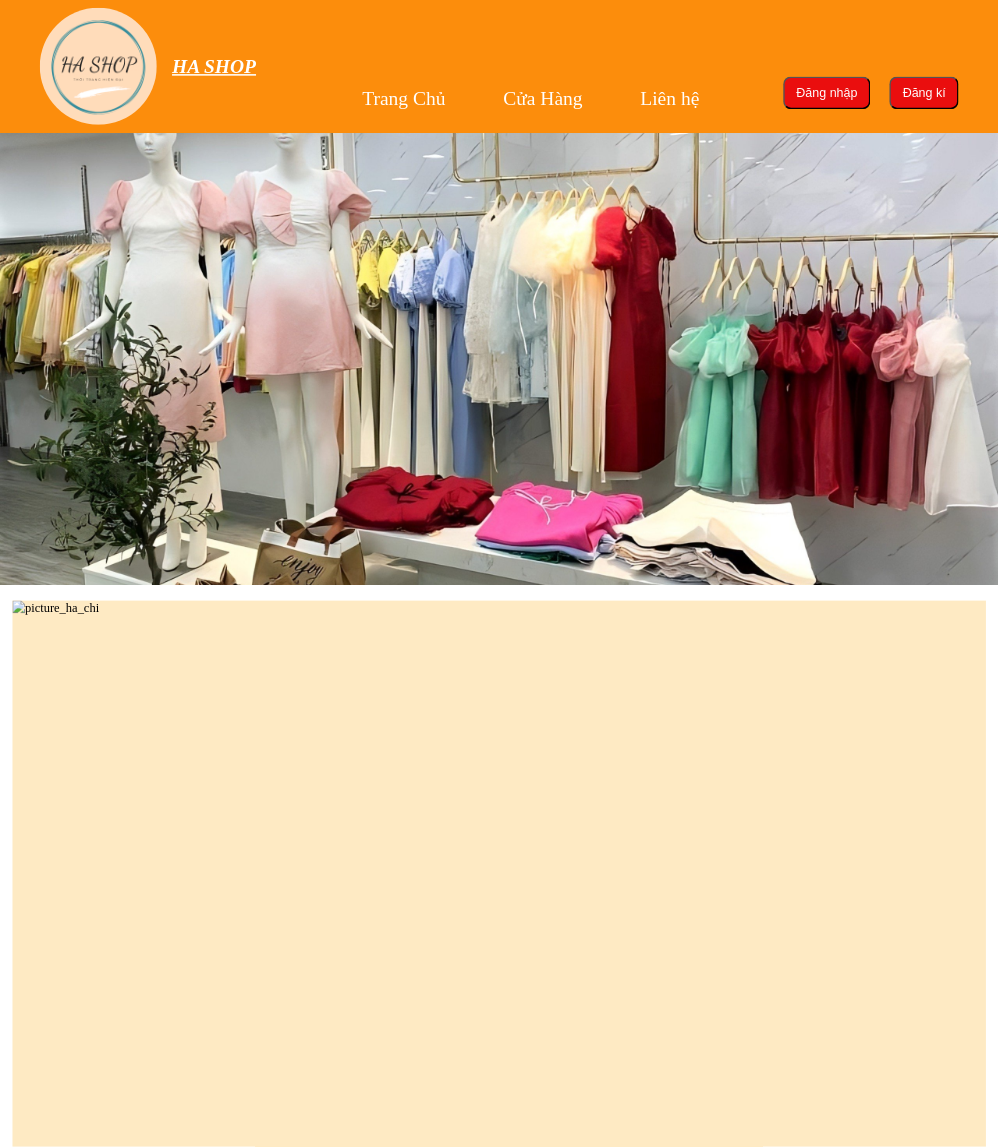
Repository: manhhieu120499/demo_page
Page: trangchu.html
These files come from the project's save history. The page is drawn as it stood at one moment and after the next save; the edit follows.
The browser window is 1280 px wide. The pictures show the whole page, at 78% of full size.

Above is the page before, as saved 2023-03-04 10:37:12.

After the next save:
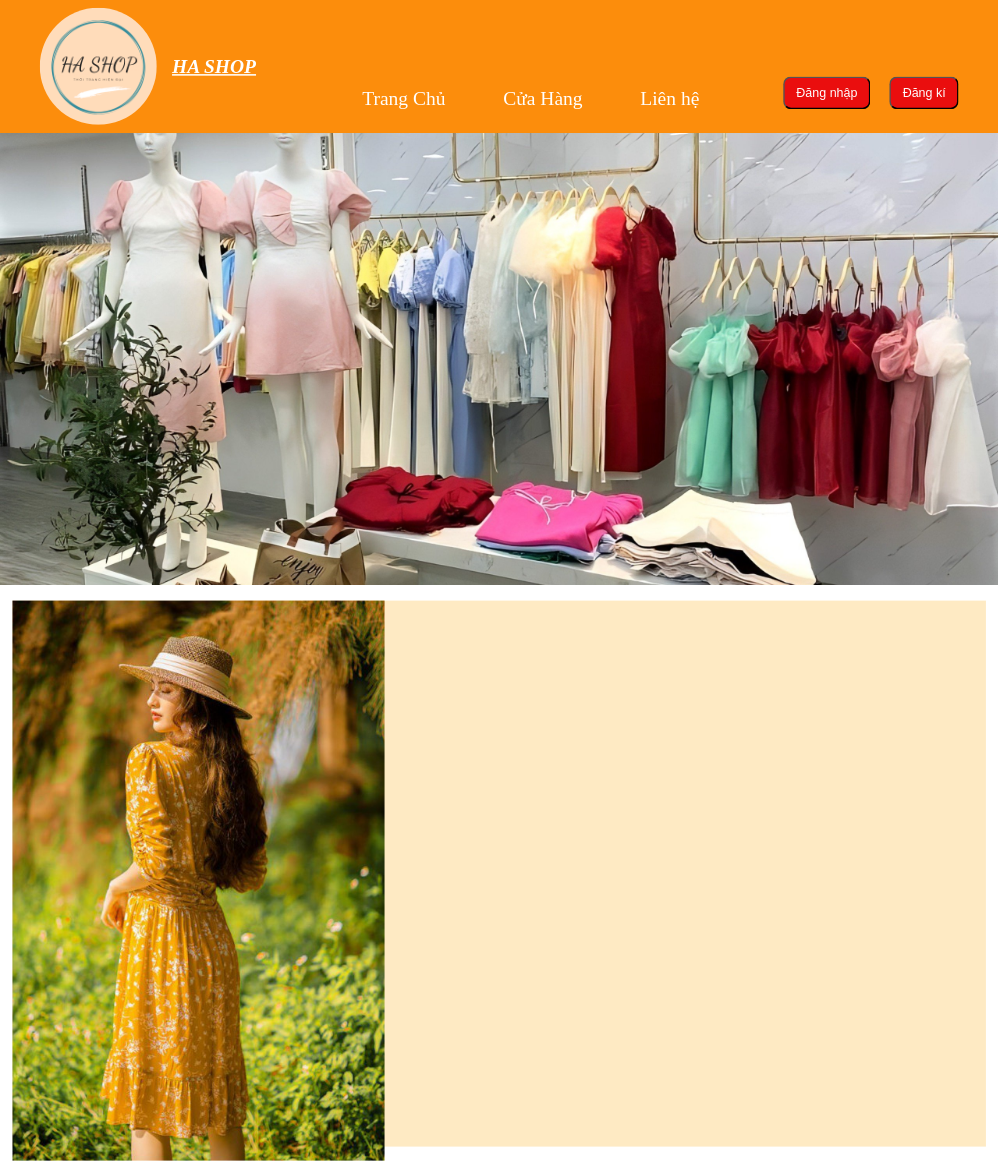
Saved 19 s later.
--- a/trangchu.html
+++ b/trangchu.html
@@ -38,7 +38,7 @@
         <div class="album">
             <div class="album_one">
                 <div class="left_picture">
-                     <img src="" alt="picture_ha_chi">
+                     <img src="./10.jpg" alt="picture_ha_chi">
                 </div>
                 <div class="right_description">
 
